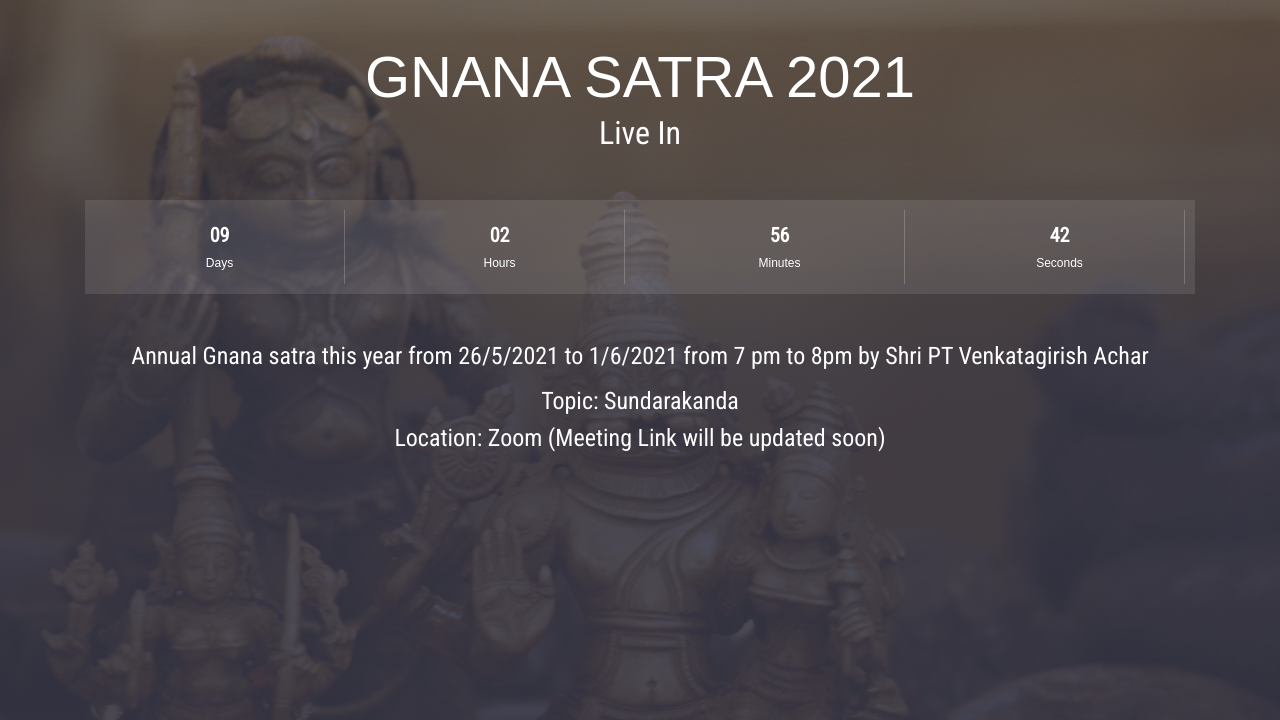
Repository: anirudhbichal/gs
Page: /
The author's editor kept a copy of each file at every save. The page is drawn from the files as they stood at one save, then again after the next save.
The browser window is 1280 px wide. The pictures show the whole page.
Some web fonts or font styles are not loaded; a fallback is used. The project was rebuilt for these pictures with package versions that can differ from the ones it lists, and the page was loaded fresh each time.

Above is the page before, as saved 2021-05-17 17:59:39.

### public/index.html
<!DOCTYPE html>
<html lang="en">
  <head>
    <meta charset="utf-8" />
    <meta name="viewport" content="width=device-width, initial-scale=1" />
    <meta name="theme-color" content="#000000" />
    <meta
      name="description"
      content="Gnana Satra website"
    />
    <link rel="apple-touch-icon" href="%PUBLIC_URL%/logo192.png" />
    <!--
      manifest.json provides metadata used when your web app is installed on a
      user's mobile device or desktop. See https://developers.google.com/web/fundamentals/web-app-manifest/
    -->
    <link rel="manifest" href="%PUBLIC_URL%/manifest.json" />
    <!--
      Notice the use of %PUBLIC_URL% in the tags above.
      It will be replaced with the URL of the `public` folder during the build.
      Only files inside the `public` folder can be referenced from the HTML.

      Unlike "/favicon.ico" or "favicon.ico", "%PUBLIC_URL%/favicon.ico" will
      work correctly both with client-side routing and a non-root public URL.
      Learn how to configure a non-root public URL by running `npm run build`.
    -->
    <title>Gnana Satra</title>
  </head>
  <body>
    <noscript>You need to enable JavaScript to run this app.</noscript>
    <div id="root"></div>
    <!--
      This HTML file is a template.
      If you open it directly in the browser, you will see an empty page.

      You can add webfonts, meta tags, or analytics to this file.
      The build step will place the bundled scripts into the <body> tag.

      To begin the development, run `npm start` or `yarn start`.
      To create a production bundle, use `npm run build` or `yarn build`.
    -->
  </body>
</html>

### src/App.js
import 'bootstrap/dist/css/bootstrap.min.css';
import './App.css';
import Container from 'react-bootstrap/Container';
import Timer from "./components/countdown/Timer";

function App() {
  return (
    <div className="App">
      <Container className="my-5">
        <h1>
          Gnana Satra 2021
        </h1>
        <h2 className="mb-5">Live In</h2>
        <Timer />
        <h4 className="mt-5">
          Annual Gnana satra this year from 26/5/2021 to 1/6/2021 from 7 pm to 8pm by Shri PT Venkatagirish Achar
        </h4>
        <h4 className="mt-3">
          Topic: Sundarakanda
        </h4>
        <h4>
          Location: Zoom (Meeting Link will be updated soon)
        </h4>
      </Container>
    </div>
  );
}

export default App;

### src/App.css
@import url("https://fonts.googleapis.com/css?family=Roboto+Condensed&display=swap");
@import url('http://fonts.cdnfonts.com/css/samarkan');

body {
  color: #fff;
  font-family: "Roboto Condensed", sans-serif;
  background-image: url('gs-bg.jpg');
  background-position: top top;
  background-size: cover;
  margin: 0;
}

.App {
  position: fixed;
  top: 0;
  left: 0;
  right: 0;
  bottom: 0;
  text-align: center;
  background: rgb(55, 55, 70);
  background: linear-gradient(
    0deg,
    rgba(55, 55, 70, 0.9) 0%,
    rgba(55, 55, 70, 0.9) 50%,
    rgba(55, 55, 70, 0.7) 100%
  );
}

h1 {
  font-family: 'Samarkan', sans-serif;
  font-size: 58px;
  text-transform: uppercase;
  line-height: 1;
}

### src/components/countdown/Timer.js
import React, { Component } from "react";
// import moment from 'moment';
import Container from 'react-bootstrap/Container';
import Row from 'react-bootstrap/Row';
import Col from 'react-bootstrap/Col';
import "./Timer.css";

class CountDown extends Component {
  constructor(props) {
    super(props);
    this.count = this.count.bind(this);
    this.state = {
      days: 0,
      minutes: 0,
      hours: 0,
      secounds: 0,
      time_up: ""
    };
    this.x = null;
    this.deadline = null;
  }
  count() {
    var now = new Date().getTime();
    var t = this.deadline - now;
    var dd = Math.floor(t / (1000 * 60 * 60 * 24));
    var hh = Math.floor((t % (1000 * 60 * 60 * 24)) / (1000 * 60 * 60));
    var mm = Math.floor((t % (1000 * 60 * 60)) / (1000 * 60));
    var ss = Math.floor((t % (1000 * 60)) / 1000);

    var days = dd < 10 ? "0" + dd : dd;
    var hours = hh < 10 ? "0" + hh : hh;
    var minutes = mm < 10 ? "0" + mm : mm;
    var seconds = ss < 10 ? "0" + ss : ss;

    this.setState({ days, minutes, hours, seconds });

    if (t < 0) {
      clearInterval(this.x);
      this.setState({
        days: 0,
        minutes: 0,
        hours: 0,
        seconds: 0,
        time_up: "TIME IS UP"
      });
    }
  }
  componentDidMount() {
    this.deadline = new Date("May 26, 2021 19:00:00").getTime();

    this.x = setInterval(this.count, 1000);
  }

  render() {
    const { days, seconds, hours, minutes } = this.state;
    return (
      <Container id="countdown">
        <Row>
            <Col>
                <div className="box">
                    <p id="day">{days}</p>
                    <span className="text">Days</span>
                </div>
            </Col>
            <Col>
                <div className="box">
                    <p id="hour">{hours}</p>
                    <span className="text">Hours</span>
                </div>
            </Col>
            <Col>
                <div className="box">
                    <p id="minute">{minutes}</p>
                    <span className="text">Minutes</span>
                </div>
            </Col>
            <Col>
                <div className="box">
                    <p id="second">{seconds}</p>
                    <span className="text">Seconds</span>
                </div>
            </Col>
        </Row>
      </Container>
    );
  }
}

export default CountDown;

### src/components/countdown/Timer.css
#countdown {
    padding: 10px;
    background-color: rgba(255, 255, 255, 0.1);
    display: inline-block;
    text-align: center;
    margin: auto;
  }
  #countdown .box {
    padding: 10px;
    border-right: solid 1px rgba(255, 255, 255, 0.2);
  }
  #countdown .col-4:last-child .box {
    border-right-color: transparent;
  }
  #countdown .box p {
    font-size: 20px;
    font-weight: bold;
    margin: 0;
  }
  #countdown .box .text {
    font-size: 12px;
    font-family: sans-serif;
  }

Loaded but not shown: src/index.js (common file); src/index.css (common file); src/reportWebVitals.js (common file)

After the next save:
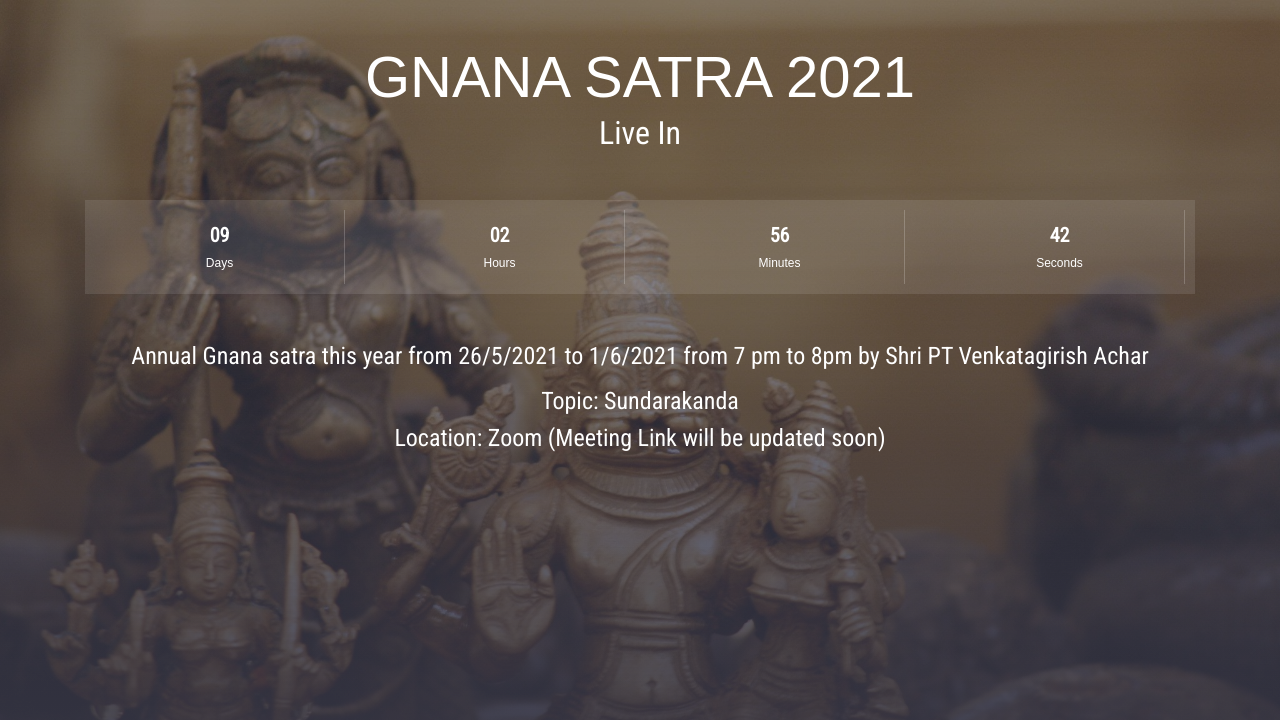
Saved 13 s later.
--- a/src/App.css
+++ b/src/App.css
@@ -21,8 +21,8 @@ body {
   background: linear-gradient(
     0deg,
     rgba(55, 55, 70, 0.9) 0%,
-    rgba(55, 55, 70, 0.9) 50%,
-    rgba(55, 55, 70, 0.7) 100%
+    rgba(55, 55, 70, 0.7) 50%,
+    rgba(55, 55, 70, 0.6) 100%
   );
 }
 
